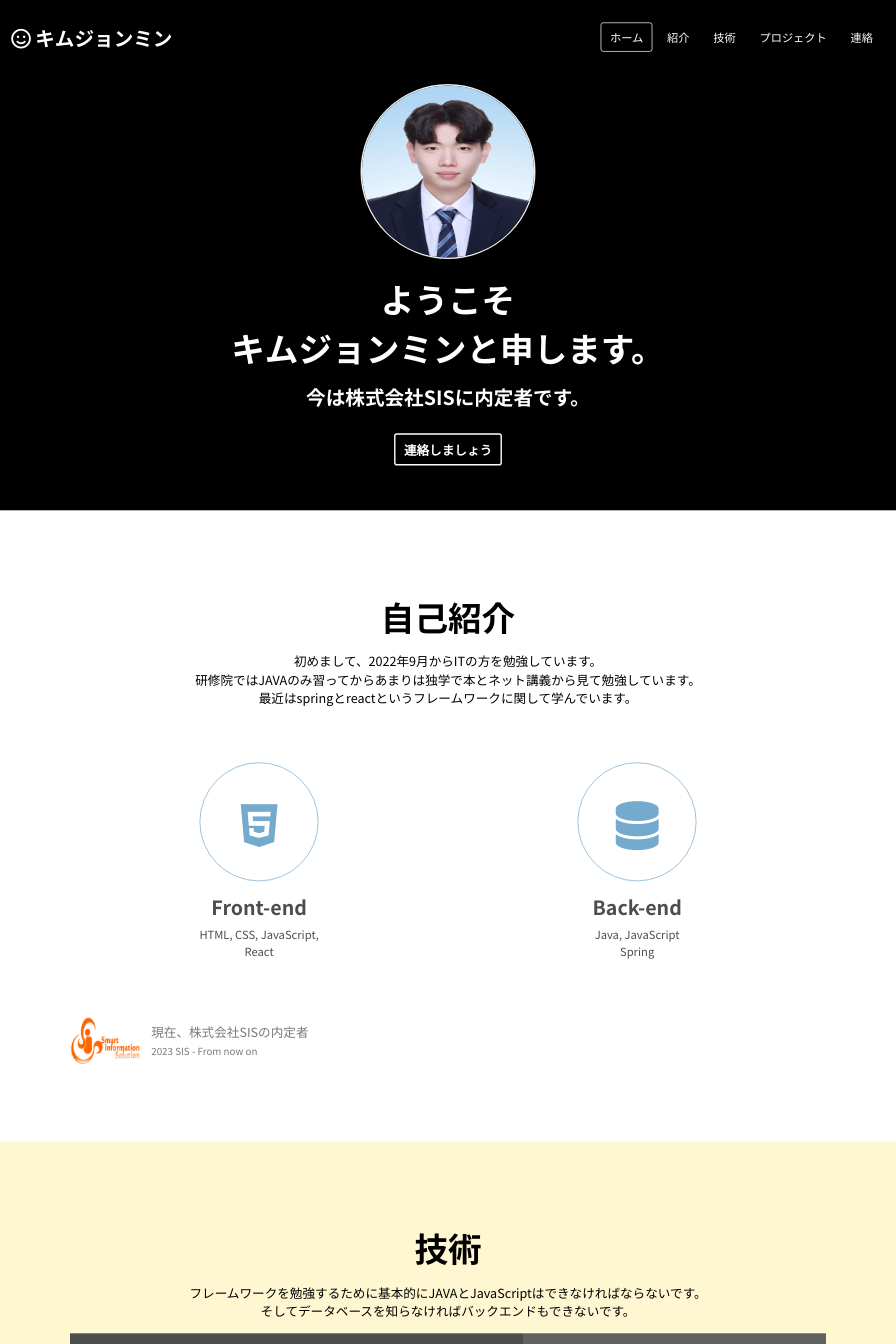
Repository: N1C0N1C0/website_introduction
Page: index.html
The author's editor kept a copy of each file at every save. The page is drawn from the files as they stood at one save, then again after the next save.
The browser window is 1280 px wide. The pictures show the part of the page from y = 0 to 1920 px (the page is 4848 px tall), at 70% of full size.
Some web libraries are served in a nearby version.

Above is the page before, as saved 2023-08-29 11:13:10.

After the next save:
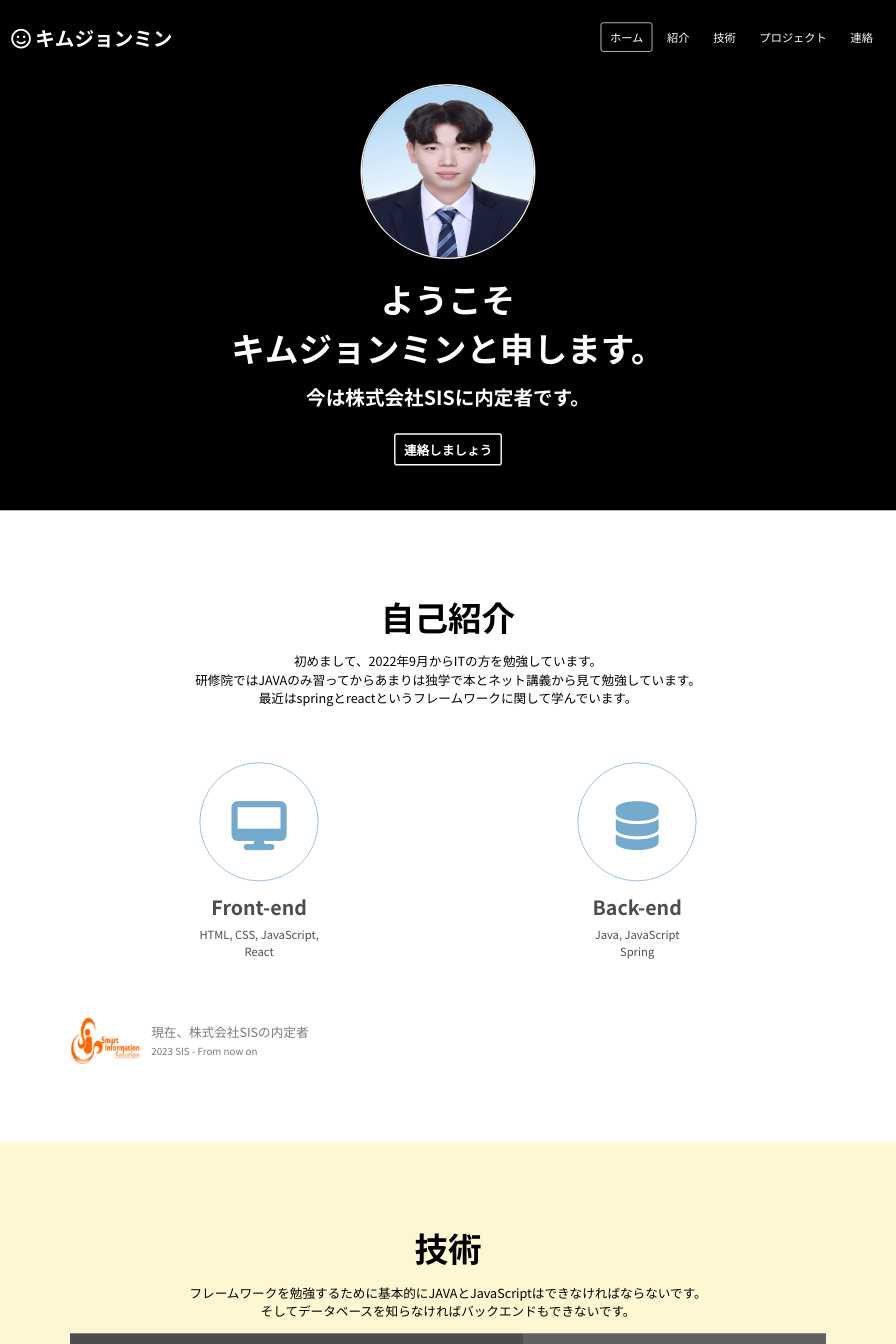
Saved 26 s later.
--- a/index.html
+++ b/index.html
@@ -58,7 +58,7 @@
       <div class="about__majors">
         <div class="major">
           <div class="major__icon">
-            <i class="fa-brands fa-html5"></i>
+            <i class="fa-solid fa-desktop"></i>
           </div>
           <h2 class="major__title">Front-end</h2>
           <div class="major__description">
